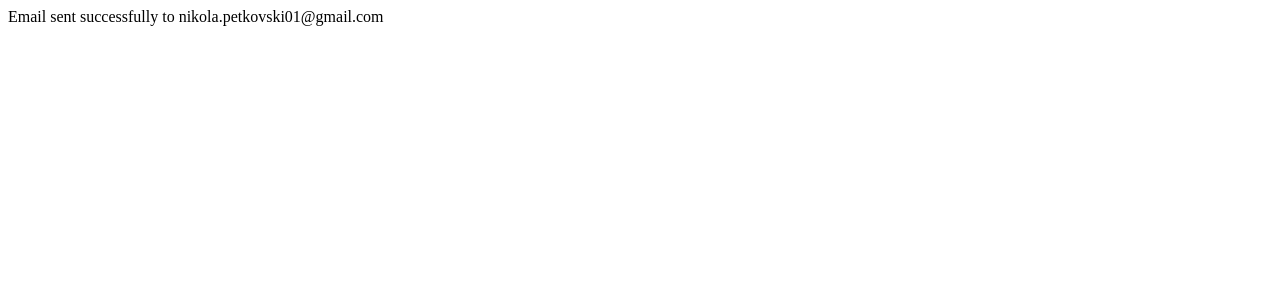
Repository: ilijana123/Book_Shop_PHP_MVC
Page: http://localhost/mailtrap/send-mail.php
These files come from the project's save history. The page is drawn as it stood at one moment and after the next save; the edit follows.
The browser window is 1280 px wide. The pictures show the whole page.
The page is run by PHP 8.4 with error messages shown; the project is at /var/www/html/.

Above is the page before, as saved 2024-07-02 17:54:32.

After the next save:
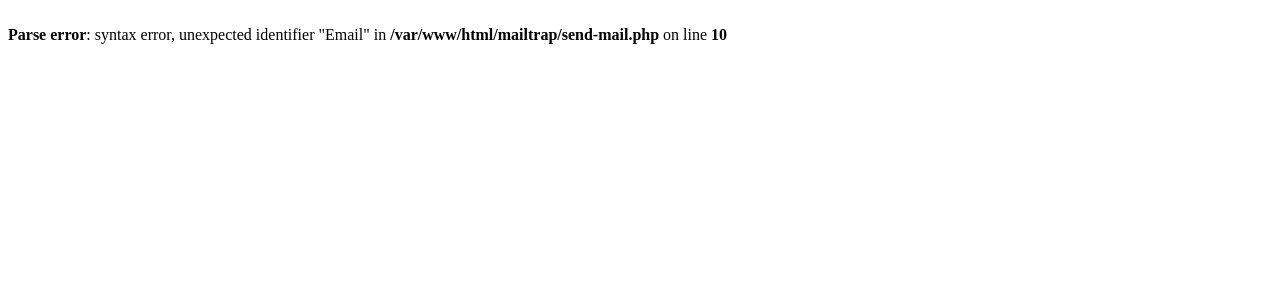
Saved 84 s later.
--- a/mailtrap/send-mail.php
+++ b/mailtrap/send-mail.php
@@ -4,11 +4,7 @@
 
 
 $message='
-<html>
-<head>
-    <title>Review Request Reminder</title>
-<head>
-<html>';
+;
 $result=mail($to,$subject,$message);
 if($result){
     echo 'Email sent successfully to ' . $to;

After the 3 saves that followed:
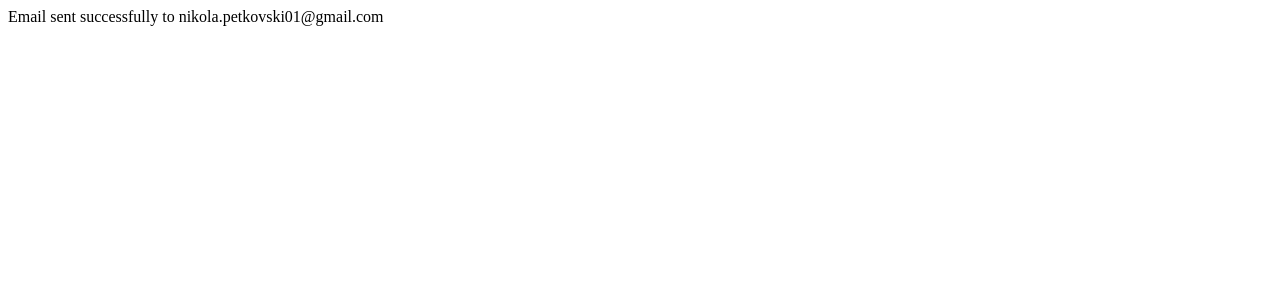
The 3 saves are shown as one change because they came seconds apart.
The last was saved 21 s later.
--- a/mailtrap/send-mail.php
+++ b/mailtrap/send-mail.php
@@ -4,7 +4,7 @@
 
 
 $message='
-;
+Confirmation email for your order. Thanks for buying from us.';
 $result=mail($to,$subject,$message);
 if($result){
     echo 'Email sent successfully to ' . $to;
